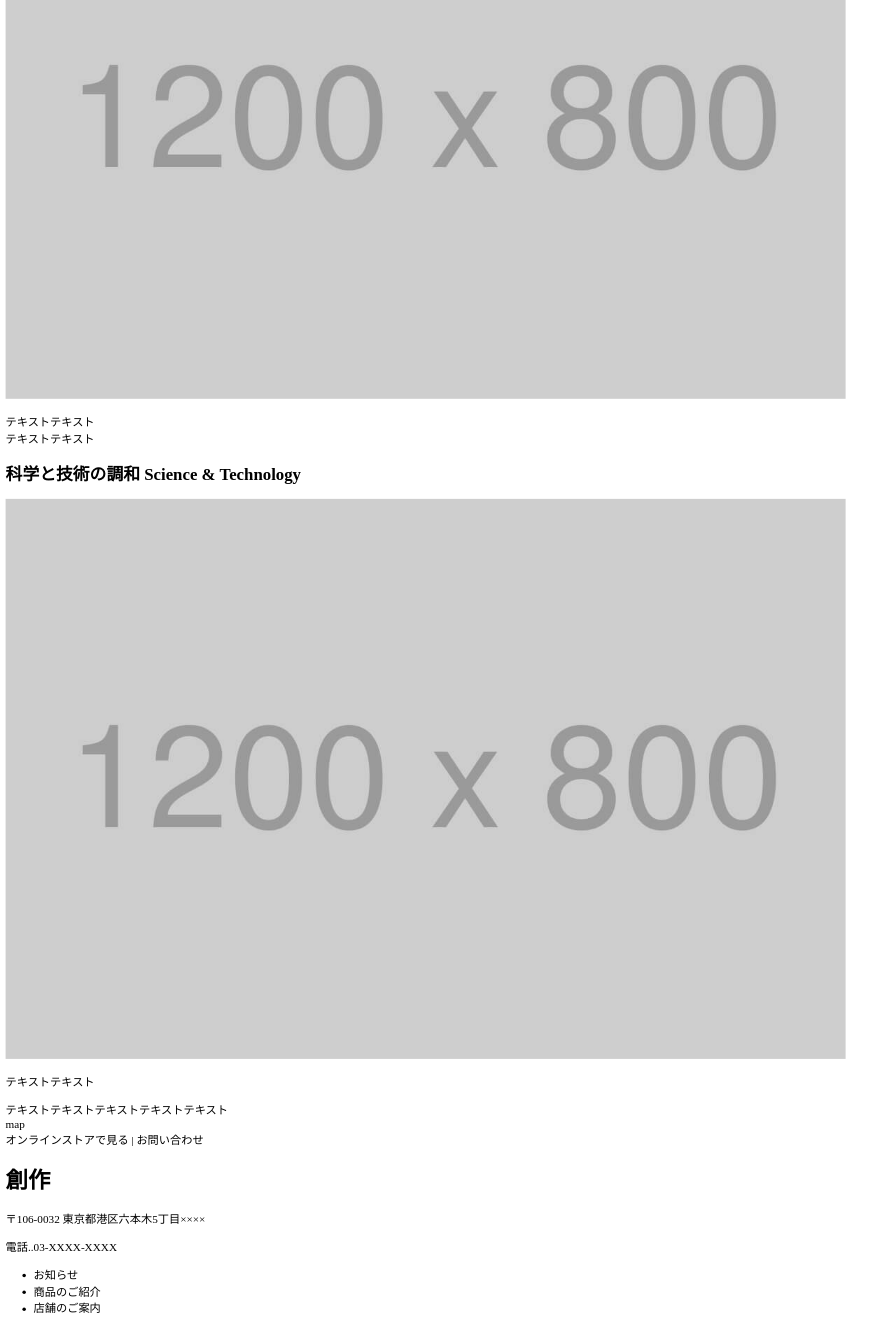
Repository: Fuki-san/wagashi
Page: http://localhost/wagashi
An editor plug-in stored every save of this project. The page is shown before and after the next save, followed by the edit.
The browser window is 1280 px wide. The pictures show the part of the page from y = 884 to 2804 px (the page is 2780 px tall before and 2804 px after), at 70% of full size.
The page is served by the project's Laravel application, run on PHP 8.4 with Laravel 10. Other server files are loaded and not shown.

Above is the page before, as saved 2023-12-02 18:54:30.

### routes/web.php
<?php

use Illuminate\Support\Facades\Route;
use Spatie\FlareClient\View;

/*
|--------------------------------------------------------------------------
| Web Routes
|--------------------------------------------------------------------------
|
| Here is where you can register web routes for your application. These
| routes are loaded by the RouteServiceProvider and all of them will
| be assigned to the "web" middleware group. Make something great!
|
*/

Route::get('/', function () {
    return view('welcome');
});

Route::get('wagashi', function() {
    return View('wagashi');
})->name('wagashi');

### resources/views/wagashi.blade.php
@extends('layouts.main')

@section('title', 'wagashi')

@section('content')
    <header id="header">
        <h1 class="site-title"><a href="#"><img src="img/logo.svg" alt=""></a></h1>
        <nav id="nav">
            <ul>
                <li><a href="#news">お知らせ</a></li>
                <li><a href="#products1">商品のご紹介</a></li>
                <li><a href="#shop">店舗のご案内</a></li>
            </ul>
        </nav>
        <div class="onlinestore"><a href="#" target="_blank" rel="noopener noreferrer">オンラインストアで見る</a></div>
    </header>

    <main>
        <section id="news" class="wrapper">

            <h2 class="sec-title">
                <span class="en">News</span>
                <span class="ja">お知らせ</span>
            </h2>

            <dl class="list">
                <dt>2021.01.01</dt>
                <dd>タイトルタイトルタイトル</dd>
                <dt>2021.01.01</dt>
                <dd>タイトルタイトルタイトル</dd>
                <dt>2021.01.01</dt>
                <dd>タイトルタイトルタイトル</dd>
                <dt>2021.01.01</dt>
                <dd>タイトルタイトルタイトル</dd>
                <dt>2021.01.01</dt>
                <dd>タイトルタイトルタイトル</dd>
            </dl>
        </section>

        <section id="products1" class="wrapper">
            <h2 class="site-title">
                <span class="ja">新しい価値の創造</span>
                <span class="en">Create New Values</span>
            </h2>

            <div class="img">
                <img src="img/products1.jpg" alt="">
                <p class="text">テキストテキスト<br>テキストテキスト</p>
            </div>
        </section>

        <section id="products2" class="wrapper">
            <h2 class="sec-title">
                <span class="ja">科学と技術の調和</span>
                <span class="en">Science & Technology</span>
            </h2>
            <div class="img">
                <img src="img/products2.jpg" alt="">
                <p class="text">テキストテキスト</p>
            </div>
            <div class="brown">テキストテキストテキストテキストテキスト</div>
        </section>
        <div class="map">
            map
        </div>
    </main>

    <footer id="footer">
        <div class="flex">
            <div>オンラインストアで見る | お問い合わせ</div>
            <div class="nav">
                <h1 class="site-title">創作</h1>
                <p>〒106-0032 東京都港区六本木5丁目××××</p>
                <p>電話..03-XXXX-XXXX</p>
                <nav>
                    <ul>
                        <li>お知らせ</li>
                        <li>商品のご紹介</li>
                        <li>店舗のご案内</li>
                    </ul>
                </nav>
            </div>
        </div>
    </footer>
@endsection

### resources/views/layouts/main.blade.php
<!DOCTYPE html>
<html lang="ja">
<head>
    <meta charset="UTF-8">
    <meta name="viewport" content="width=device-width, initial-scale=1.0">
    <meta http-equiv="X-UA-Compatible" content="ie=edge">
    <link rel="stylesheet" href="{{ asset('css/reset.css') }}">
    <link rel="stylesheet" href="{{ asset('css/style.css') }}">
    <link rel="icon" href="img/favicon.ico">
    <title>@yield('title')</title>
</head>
<body>
    @yield('content')
</body>
</html>

### public/img/logo.svg
<?xml version="1.0" encoding="utf-8"?>
<!-- Generator: Adobe Illustrator 15.1.0, SVG Export Plug-In . SVG Version: 6.00 Build 0)  -->
<!DOCTYPE svg PUBLIC "-//W3C//DTD SVG 1.1//EN" "http://www.w3.org/Graphics/SVG/1.1/DTD/svg11.dtd">
<svg version="1.1" id="レイヤー_1" xmlns="http://www.w3.org/2000/svg" xmlns:xlink="http://www.w3.org/1999/xlink" x="0px"
	 y="0px" width="57.4775391px" height="131.578125px" viewBox="0 0 57.4775391 131.578125"
	 style="enable-background:new 0 0 57.4775391 131.578125;" xml:space="preserve">
<style type="text/css">
<![CDATA[
	.st0{fill:#FFFFFF;}
]]>
</style>
<g>
	<path class="st0" d="M28.3789063,35.8789063l6.5400391,4.859375c-0.3603516,0.4804688-1.2001953,1.0800781-2.3398438,1.2607422
		v12.0595703c-0.0605469,0.359375-3.4199219,1.5-5.5195313,1.5h-1.0800781v-3.6601563H15.2998047v2.6992188
		c0,0.4208984-1.9199219,1.8007813-5.1601563,1.8007813H9.0595703v-10.5
		c-1.7392578,3.2402344-4.2597656,6.2998047-7.9189453,8.8798828l-0.6005859-0.6005859c5.5205078-8.21875,6-18.4785156,6-26.7587891
		v-9.1191406c-1.9199219,1.3798828-3.9599609,2.5800781-6.0595703,3.6591797L0,21.4199219
		C6.1796875,15.6601563,11.3994141,6.4199219,13.5,0l9.7197266,1.9804688
		c-0.2402344,0.7197266-0.7802734,1.0800781-2.3398438,1.3193359c20.5185547,3.7207031,13.3789063,15.9599609,7.9189453,11.8798828
		c-0.9599609-3.4199219-4.0195313-7.9794922-8.5195313-11.2792969c-2.0400391,3.1796875-4.7392578,6.5390625-7.9794922,9.6591797
		H19.5l2.9990234-3.8398438c0,0,3.4804688,2.6396484,5.5800781,4.5595703
		c-0.1796875,0.6601563-0.7802734,0.9609375-1.6201172,0.9609375H11.7001953l-0.2402344-0.9003906
		c-1.1396484,1.0195313-2.3398438,2.0400391-3.5400391,2.9394531l6,2.2207031h10.9189453l3.0605469-3.3603516L34.4384766,21
		c-0.359375,0.4794922-1.2597656,1.0195313-2.4599609,1.3193359v11.9394531
		c-0.0595703,0.3603516-3.359375,1.5605469-5.4589844,1.5605469h-1.0800781v-1.8007813H12.5400391
		C12.4199219,35.21875,12.2402344,36.4189453,12,37.6787109l4.0800781,1.5595703h9.2988281L28.3789063,35.8789063z
		 M25.4394531,32.3388672v-4.6796875H12.8994141c0,1.4404297-0.0595703,3-0.1796875,4.6796875H25.4394531z M12.8994141,21.1796875
		v4.7998047h12.5400391v-4.7998047H12.8994141z M25.9794922,50.1582031v-9.2392578H15.2998047v9.2392578H25.9794922z
		 M43.2587891,41.7587891c0,0.6601563-2.6396484,1.859375-4.9199219,1.859375h-1.1396484V5.2197266L45.2988281,6
		c-0.1201172,0.7802734-0.6005859,1.3203125-2.0400391,1.5605469V41.7587891z M56.7578125,2.1005859
		C56.578125,3,55.9785156,3.6005859,54.5380859,3.7802734v44.8183594c0,4.6796875-0.9599609,7.3193359-8.4599609,8.0390625
		c-0.1796875-2.0996094-0.4794922-3.6591797-1.3798828-4.7392578c-0.9599609-1.0205078-2.2197266-1.7998047-5.0996094-2.2197266
		v-0.8408203c0,0,5.9394531,0.3603516,7.2001953,0.3603516c0.9599609,0,1.2597656-0.2998047,1.2597656-1.0800781V1.2001953
		L56.7578125,2.1005859z"/>
	<path class="st0" d="M17.4599609,94.0800781c-0.1806641,0.5390625-0.7207031,0.9589844-1.8603516,1.1992188v34.2587891
		c-0.1201172,0.5400391-3,2.0400391-5.7597656,2.0400391H8.5195313v-31.3789063
		c-2.3994141,2.7597656-4.9794922,5.1601563-7.7392578,7.2001953l-0.7197266-0.5400391
		c5.3398438-7.5,10.9189453-19.6796875,13.9189453-31.6787109l9.5400391,3.1796875
		c-0.2998047,0.7802734-1.0800781,1.2597656-2.4003906,1.2001953c-2.0400391,4.859375-4.3798828,9.2988281-6.9589844,13.3193359
		L17.4599609,94.0800781z M39.9589844,89.7597656v11.0996094h4.7998047l3.6591797-4.7998047
		c0,0,4.140625,3.2998047,6.7197266,5.5800781c-0.1796875,0.6591797-0.8398438,0.9599609-1.6796875,0.9599609H39.9589844v11.3388672
		h5.1591797l4.0205078-5.2197266c0,0,4.4394531,3.5400391,7.1992188,5.9404297
		c-0.1796875,0.6591797-0.8398438,0.9599609-1.7402344,0.9599609H39.9589844v14.0390625
		c0,0.4199219-2.2207031,1.859375-5.9404297,1.859375h-1.3193359V89.7597656h-1.4404297
		c-3.8994141,5.8798828-8.3994141,10.6796875-13.4394531,14.2792969l-0.6601563-0.4794922
		c4.6201172-6.7802734,9.6601563-17.6992188,12.3603516-28.3193359l9.6591797,3.4199219
		c-0.2998047,0.7802734-1.0800781,1.2597656-2.4599609,1.1396484c-1.3798828,2.9404297-2.8203125,5.7597656-4.4394531,8.3398438
		h14.0996094l3.9589844-5.1591797c0,0,4.4404297,3.4794922,7.1396484,5.8193359
		c-0.1796875,0.6601563-0.8398438,0.9599609-1.6796875,0.9599609H39.9589844z"/>
</g>
</svg>

Loaded but not shown: public/css/style.css (no copy from this time; the picture is the same without it)

After the next save:
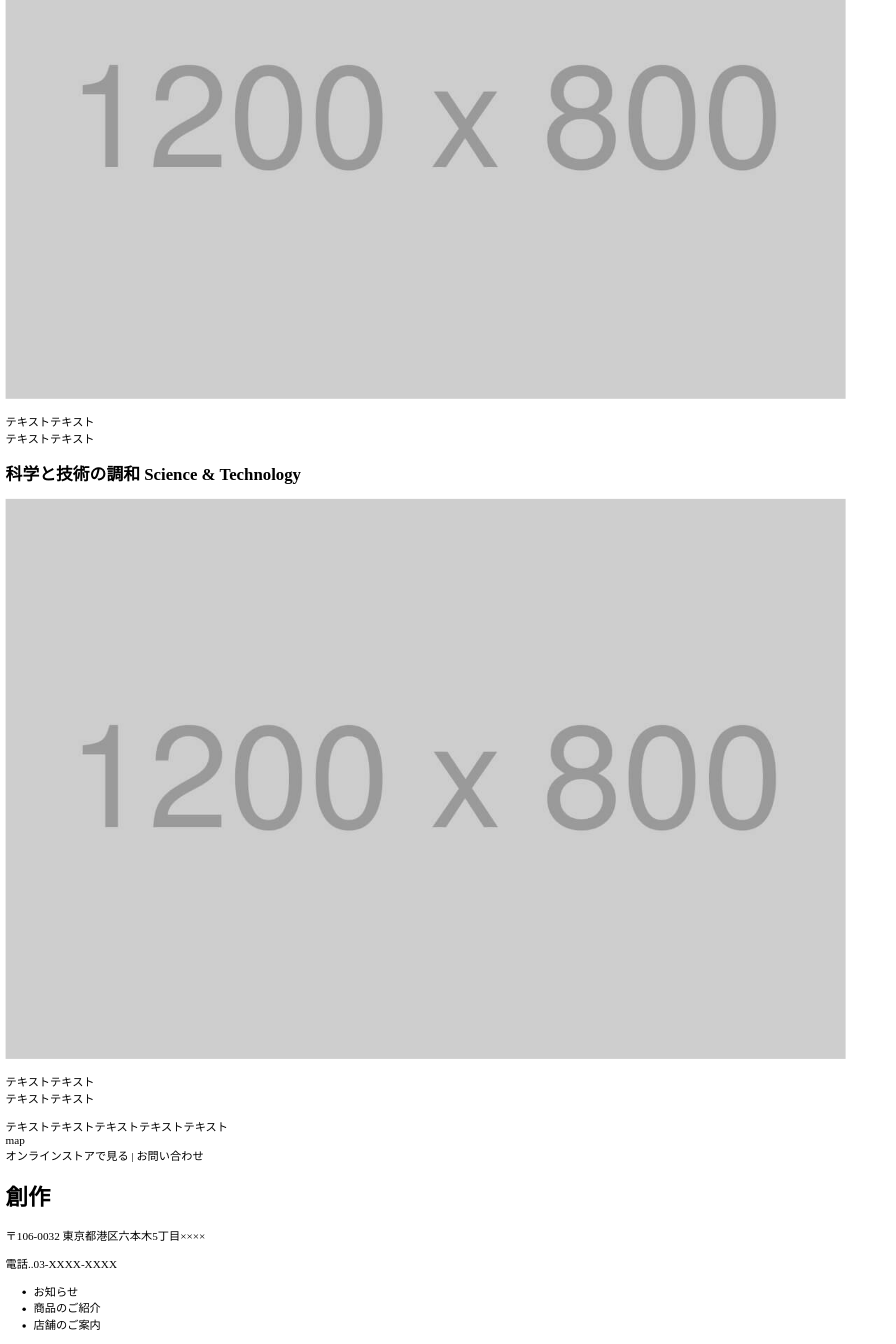
Saved 5 s later.
--- a/resources/views/wagashi.blade.php
+++ b/resources/views/wagashi.blade.php
@@ -56,7 +56,7 @@
             </h2>
             <div class="img">
                 <img src="img/products2.jpg" alt="">
-                <p class="text">テキストテキスト</p>
+                <p class="text">テキストテキスト<br>テキストテキスト</p>
             </div>
             <div class="brown">テキストテキストテキストテキストテキスト</div>
         </section>
